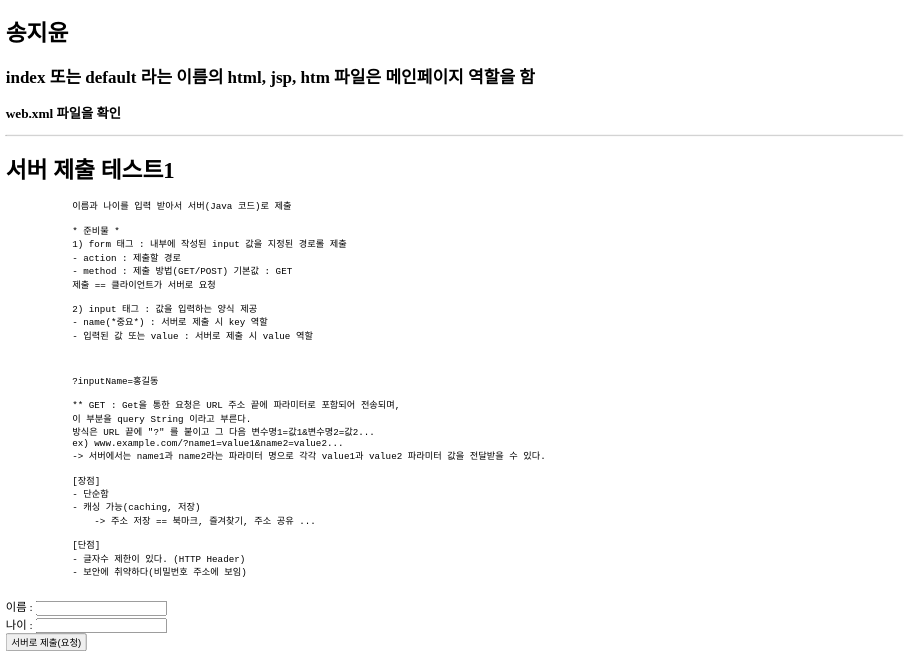
Repository: songjiyoon9507/05_Server
Page: ServletProject/src/main/webapp/index.html
The author's editor kept a copy of each file at every save. The page is drawn from the files as they stood at one save, then again after the next save.
The browser window is 1280 px wide. The pictures show the whole page, at 71% of full size.

Above is the page before, as saved 2024-03-21 05:11:01.

### ServletProject/src/main/webapp/index.html
<!DOCTYPE html>
<html lang="en">
    <head>
        <meta charset="UTF-8">
        <meta name="viewport" content="width=device-width, initial-scale=1.0">
        <title>Servlet 프로젝트</title>
    </head>

    <body>
        <h1>송지윤</h1>
        <h2>index 또는 default 라는 이름의 html, jsp, htm 파일은 메인페이지 역할을 함</h2>
        <h3>web.xml 파일을 확인</h3>

        <hr>
        <!-- client 에서 server 로 서버 제출 -->
        <h1>서버 제출 테스트1</h1>
        <pre>
            이름과 나이를 입력 받아서 서버(Java 코드)로 제출

            * 준비물 *
            1) form 태그 : 내부에 작성된 input 값을 지정된 경로롤 제출
            - action : 제출할 경로
            - method : 제출 방법(GET/POST) 기본값 : GET
            제출 == 클라이언트가 서버로 요청

            2) input 태그 : 값을 입력하는 양식 제공
            - name(*중요*) : 서버로 제출 시 key 역할
            - 입력된 값 또는 value : 서버로 제출 시 value 역할

            <!-- <input name="inputName" value="홍길동"> -->
            <!-- ?inputName=홍길동 이런 식으로 서버에 제출됨 -->
            ?inputName=홍길동

            ** GET : Get을 통한 요청은 URL 주소 끝에 파라미터로 포함되어 전송되며,
            이 부분을 query String 이라고 부른다.
            방식은 URL 끝에 "?" 를 붙이고 그 다음 변수명1=값1&변수명2=값2...
            ex) www.example.com/?name1=value1&name2=value2...
            -> 서버에서는 name1과 name2라는 파라미터 명으로 각각 value1과 value2 파라미터 값을 전달받을 수 있다.

            [장점]
            - 단순함
            - 캐싱 가능(caching, 저장)
                -> 주소 저장 == 북마크, 즐겨찾기, 주소 공유 ...

            [단점]
            - 글자수 제한이 있다. (HTTP Header)
            - 보안에 취약하다(비밀번호 주소에 보임)
        </pre>

        <!-- form 태그 안에 -->
        <form action="/example1" method="get">
            <!-- 제출 경로(요청 주소) 제출 방법-->
            이름 : <input name="inputName">
            <br>
            나이 : <input type="number" name="inputAge">
            <br>
            <button>서버로 제출(요청)</button>
            <!-- button submit 기본값 (서버로 제출) -->
        </form>
        <!-- example1 이라는 서버로 값들을 보내겠다. -->
    </body>

</html>

After the next save:
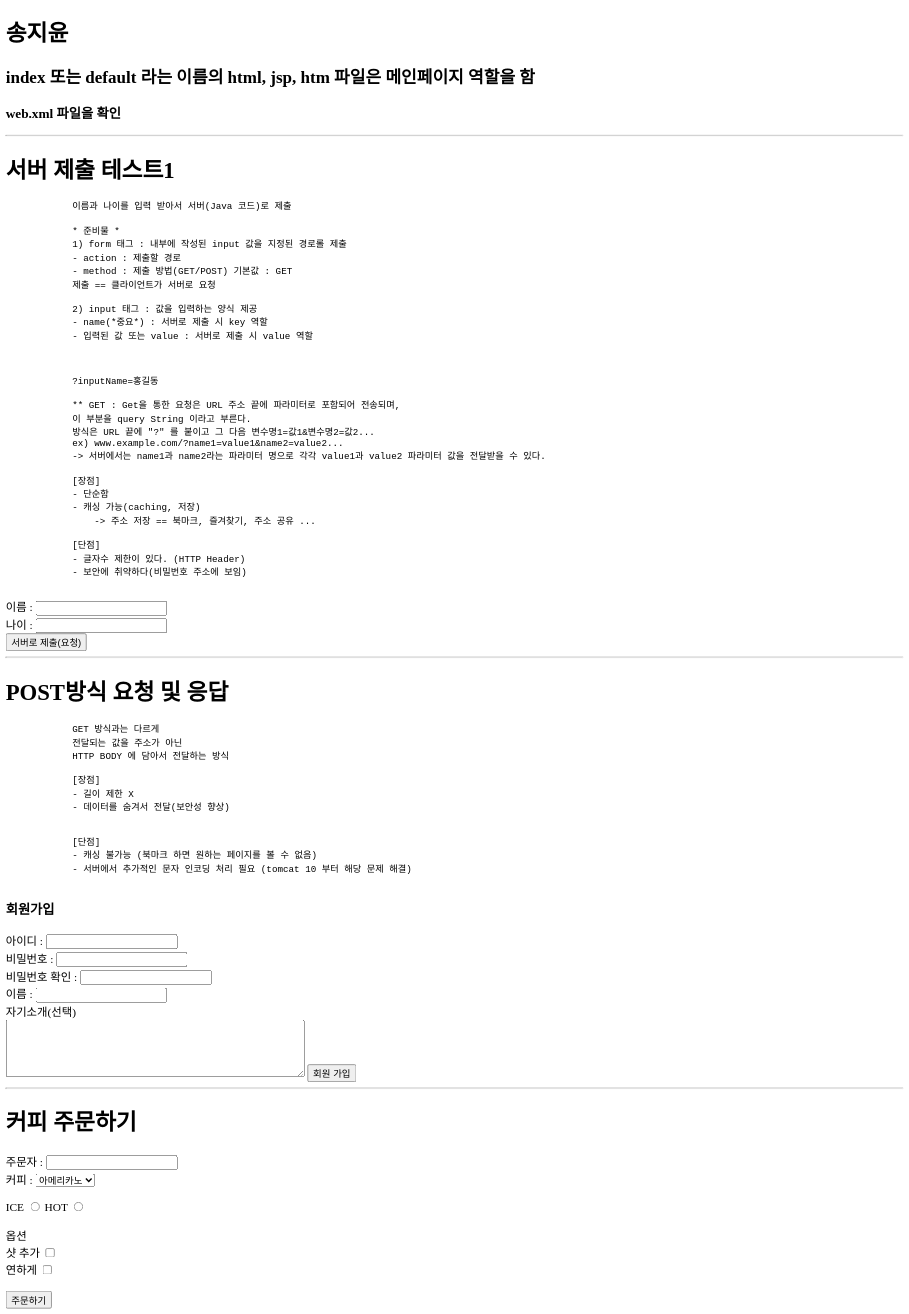
Saved 5 min 43 s later.
--- a/ServletProject/src/main/webapp/index.html
+++ b/ServletProject/src/main/webapp/index.html
@@ -58,6 +58,73 @@
             <!-- button submit 기본값 (서버로 제출) -->
         </form>
         <!-- example1 이라는 서버로 값들을 보내겠다. -->
+
+        <hr>
+
+        <h1>POST방식 요청 및 응답</h1>
+        <pre>
+            GET 방식과는 다르게
+            전달되는 값을 주소가 아닌
+            HTTP BODY 에 담아서 전달하는 방식
+
+            [장점]
+            - 길이 제한 X
+            - 데이터를 숨겨서 전달(보안성 향상)
+            <!-- 요청 주소만 뜸 -->
+
+            [단점]
+            - 캐싱 불가능 (북마크 하면 원하는 페이지를 볼 수 없음)
+            - 서버에서 추가적인 문자 인코딩 처리 필요 (tomcat 10 부터 해당 문제 해결)
+        </pre>
+
+        <h3>회원가입</h3>
+
+        <form action="/signUp" method="post">
+            <!-- method 작성 안하면 기본값 get -->
+            아이디 : <input type="text" name="inputId" required> <br>
+            <!-- required : input 태그에 반드시 값을 작성하라는 속성 -->
+            비밀번호 : <input type="password" name="inputPw" required> <br>
+            비밀번호 확인 : <input type="password" required> <br>
+            이름 : <input name="inputName" required> <br>
+
+            자기소개(선택) <br>
+            <textarea name="intro" cols="50" rows="5"></textarea>
+
+            <button>회원 가입</button>
+        </form>
+
+        <hr>
+
+        <h1>커피 주문하기</h1>
+
+        <form action="/coffee" method="get">
+            주문자 : <input name="orderer">
+            <br>
+
+            커피 : <select name="coffee">
+                    <option>아메리카노</option>
+                    <option>카페라떼</option>
+                    <option>카푸치노</option>
+                    <option>콜드브루</option>
+                    <option>바닐라라떼</option>
+                    <option>아인슈페너</option>
+            </select>
+            <!-- 고른 값 하나가 value로 넘어감 -->
+
+            <br><br>
+            ICE <input type="radio" name="type" value="ice">
+            HOT <input type="radio" name="type" value="hot">
+            <!-- name 값이 같으면 둘 중 하나만 선택할 수 있게 그룹으로 묶임 -->
+
+            <br><br>
+            옵션 <br>
+            샷 추가 <input type="checkbox" name="opt" value="shot">
+            <br>
+            연하게 <input type="checkbox" name="opt" value="mild">
+            <br><br>
+            <!-- checkbox 여러 개 체크하면 [] 배열로 넘어감 -->
+            <button>주문하기</button>
+        </form>
     </body>
 
 </html>
